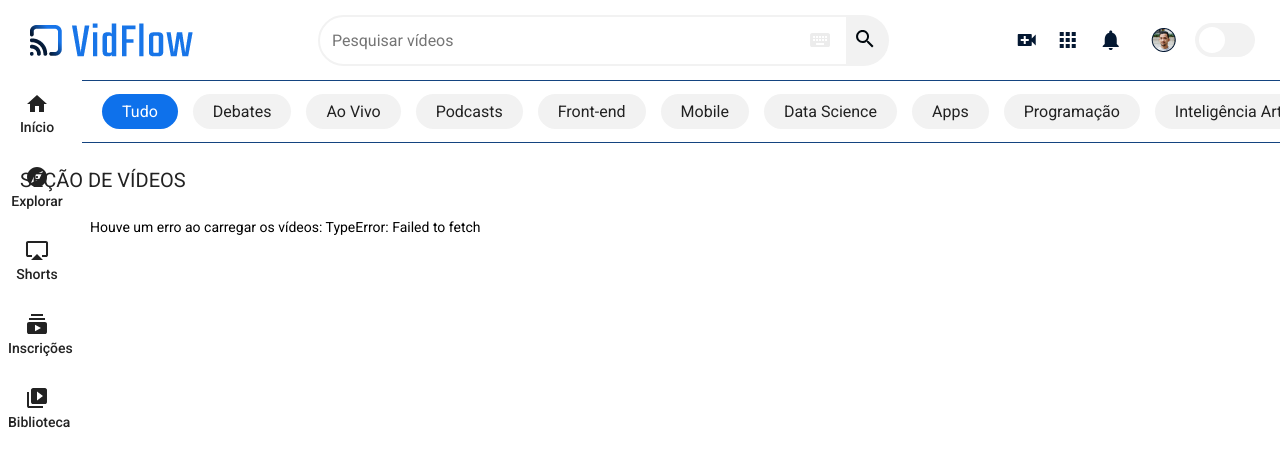
Repository: joaoPraiaJunior/curso-consumindo-api
Page: index.html
These files come from the project's save history. The page is drawn as it stood at one moment and after the next save; the edit follows.
The browser window is 1280 px wide. The pictures show the whole page.
The page's requests for data from a server got no answer.

Above is the page before, as saved 2024-08-20 22:12:08.

### index.html
<!DOCTYPE html>
<html lang="pt-br" dir="ltr">
<head>
    <meta charset="UTF-8">
    <meta name="viewport" content="width=device-width, initial-scale=1.0">
    <link href="https://fonts.googleapis.com/css2?family=Roboto:wght@400;500;700&display=swap" rel="stylesheet">
    <link rel="stylesheet" href="./css/reset.css">
    <link rel="stylesheet" href="./css/estilos.css">
    <link rel="stylesheet" href="./css/flexbox.css">
    <title>VidFlow</title>
    <link rel="shortcut icon" href="./img/Favicon.png" type="image/x-icon">
</head>
<body>
    <header>
        <nav class="cabecalho__container">
            <div class="logo__item">
                <a href="/"><img src="./img/modo_claro/vidflow-logo-light-mode.png" alt="Página do VidFlow"></a>
            </div>
            <div class="cabecalho__pesquisar__item">
                <form role="search" class="form__pesquisa" data-js="form-de-pesquisa">
                    <input type="search" name="pesquisar" class="pesquisar__input" placeholder="Pesquisar vídeos" data-js="barra-de-pesquisa">
                    <img src="./img/modo_claro/menu_superior/keyboard.svg" alt="Ícone de teclado" class="pesquisar__input-teclado">
                    <button class="pesquisar__btn">
                        <img src="./img/modo_claro/menu_superior/search.svg" alt="Ícone de lupa">
                    </button>
                </form>
            </div>
            <div class="secao-links-e-botao-switch">
                <ul aria-label="Links do cabeçalho" class="cabecalho__links">
                    <li><a href="#" class="cabecalho__videos" aria-label="Criar vídeos" title="Criar vídeos"></a></li>
                    <li><a href="#" class="cabecalho__apps" aria-label="Aplicativos"></a></li>
                    <li><a href="#" class="cabecalho__notificacoes" aria-label="Notificações"></a></li>
                    <li><a href="#" class="cabecalho__avatar" aria-label="Perfil de usuário"></a></li>
                </ul>

                <label class="cabecalho__switch">
                    <input type="checkbox" class="cabecalho__switch-input" data-js="modo-escuro" aria-label="Modo claro">
                    <span class="cabecalho__switch-slider"></span>
                </label>
            </div>
        </nav>
    </header>
    <!-- Menu lateral -->

    <div class="menu__container-wrapper">
        <aside class="menu__container">
            <section class="menu__secao" aria-label="Links principais">
                <ul class="menu__lista menu__links-principais">
                    <li>
                        <a class="menu__itens" href="#">
                            <i class="icone__inicio"></i>
                            <span>Início</span>
                        </a>
                    </li>

                    <li>
                        <a class="menu__itens" href="#">
                            <i class="icone__explorar"></i>
                            <span>Explorar</span>
                        </a>
                    </li>

                    <li>
                        <a class="menu__itens" href="#">
                            <i class="icone__shorts"></i>
                            <span>Shorts</span>
                        </a>
                    </li>

                    <li>
                        <a class="menu__itens" href="#">
                            <i class="icone__inscricoes"></i>
                            <span>Inscrições</span>
                        </a>
                    </li>

                    <li>
                        <a class="menu__itens" href="#">
                            <i class="icone__biblioteca"></i>
                            <span>Biblioteca</span>
                        </a>
                    </li>
                </ul>
            </section>

            <section class="menu__secao" aria-label="Links para vídeos guardados na conta">
                <ul class="menu__lista">
                    <li>
                        <a class="menu__itens" href="#">
                            <i class="icone__historico"></i>
                            <span>Histórico</span>
                        </a>
                    </li>

                    <li>
                        <a class="menu__itens" href="#">
                            <i class="icone__relogio"></i>
                            <span>Assistir mais tarde</span>
                        </a>
                    </li>

                    <li>
                        <a class="menu__itens" href="#">
                            <i class="icone__like"></i>
                            <span>Marcados com like</span>
                        </a>
                    </li>
                </ul>
            </section>

            <section class="menu__secao" aria-labelledby="inscricoes" data-js="secao-menu">
                <h2 id="inscricoes" class="menu__secao-titulo">Inscrições</h2>

                <ul id="menu__canais" class="menu__lista">
                    <li class="menu__canal">
                        <a class="menu__itens" href="#">
                            <i class="icone__alura"></i>
                            <span>Alura</span>
                        </a>
                    </li>

                    <li class="menu__canal">
                        <a class="menu__itens" href="#">
                            <i class="icone__gaveta"></i>
                            <span>Gaveta</span>
                        </a>
                    </li>

                    <li class="menu__canal">
                        <a class="menu__itens" href="#">
                            <i class="icone__ballerini"></i>
                            <span>Rafaella Ballerini</span>
                        </a>
                    </li>

                    <li class="menu__canal">
                        <a class="menu__itens" href="#">
                            <i class="icone__iamarino"></i>
                            <span>Atila Iamarino</span>
                        </a>
                    </li>

                    <li class="menu__canal">
                        <a class="menu__itens" href="#">
                            <i class="icone__souto"></i>
                            <span>Mario Souto</span>
                        </a>
                    </li>

                    <li class="menu__canal">
                        <a class="menu__itens" href="#">
                            <i class="icone__nerd"></i>
                            <span>Jovem Nerd</span>
                        </a>
                    </li>

                    <li class="menu__canal">
                        <a class="menu__itens" href="#">
                            <i class="icone__deschamps"></i>
                            <span>Felipe Deschamps</span>
                        </a>
                    </li>
                </ul>
            </section>

            <section class="menu__secao" aria-labelledby="mais-da-pagina" data-js="secao-menu">
                <h2 id="mais-da-pagina" class="menu__secao-titulo">
                    Mais da página
                </h2>

                <ul id="mais__paginas" class="menu__lista">
                    <li class="premium">
                        <a class="menu__itens" href="#">
                            <i class="icone__videos"></i>
                            <span>Vídeo Premium</span></a>
                    </li>

                    <li class="filmes">
                        <a class="menu__itens" href="#">
                            <i class="icone__filmes"></i>
                            <span>Filmes</span></a>
                    </li>

                    <li class="jogos">
                        <a class="menu__itens" href="#">
                            <i class="icone__jogos"></i>
                            <span>Jogos</span></a>
                    </li>

                </ul>
            </section>
        </aside>
    </div>
    <main>

        <!--Criacao de uma lista tab acessível-->
        <div role="tablist" class="superior__secao__container">
            <button id="botao__tudo" role="tab" tabindex="0" aria-selected="true"  aria-controls="painel__videos" name="Tudo" class="botao-categoria selecionado" data-js="botao-categoria">
                Tudo
            </button>

            <button id="botao__debates" role="tab" tabindex="-1" aria-selected="false" aria-controls="painel__videos" name="Debates" class="botao-categoria" data-js="botao-categoria">
                Debates
            </button>

            <button id="botao__ao__vivo" role="tab" tabindex="-1" aria-selected="false" aria-controls="painel__videos" name="Ao Vivo" class="botao-categoria" data-js="botao-categoria">
                Ao Vivo
            </button>

            <button id="botao__podcast" role="tab" tabindex="-1" aria-selected="false" aria-controls="painel__videos" name="Podcasts" class="botao-categoria" data-js="botao-categoria">
                Podcasts
            </button>

            <button id="botao__front__end" role="tab" tabindex="-1" aria-selected="false" aria-controls="painel__videos" name="Front-end" class="botao-categoria" data-js="botao-categoria">
                Front-end
            </button>

            <button id="botao__mobile" role="tab" tabindex="-1" aria-selected="false" aria-controls="painel__videos" name="Mobile" class="botao-categoria" data-js="botao-categoria">
                Mobile
            </button>

            <button id="botao__data__science" role="tab" tabindex="-1" aria-selected="false" aria-controls="painel__videos" name="Data Science" class="botao-categoria" data-js="botao-categoria">
                Data Science
            </button>

            <button id="botao__apps" role="tab" tabindex="-1" aria-selected="false" aria-controls="painel__videos" name="Apps" class="botao-categoria" data-js="botao-categoria">
                Apps
            </button>

            <button id="botao__programacao" role="tab" tabindex="-1" aria-selected="false" aria-controls="painel__videos" name="Programação" class="botao-categoria" data-js="botao-categoria">
                Programação
            </button>

            <button id="botao__inteligencia__artificial" role="tab" tabindex="-1" aria-selected="false" aria-controls="painel__videos" name="Inteligência Artificial" class="botao-categoria" data-js="botao-categoria">
                Inteligência Artificial
            </button>
            <button id="botao__inovacao" role="tab" tabindex="-1" aria-selected="false" aria-controls="painel__videos" name="Inovação" class="botao-categoria" data-js="botao-categoria">
                Inovação
            </button>
        </div>
        <h1 class="videos__titulo"> Seção de vídeos </h1>

        <div id="painel__videos" role="tabpanel">
            <ul class="videos__container" aria-labelledby="botao__tudo" data-js="container-videos">

            </ul>
        </div>
    </main>
    <script type="module" src="js/script.js"></script>
</body>
</html>

### css/estilos.css
*,
*::before,
*::after {
  box-sizing: border-box;
  transition: background-color 0.2s linear;
}

:root {
  --azul-profundo: #01080e;
  --azul-escuro: #041832;
  --azul-medio: #144480;
  --azul-destaque-light: #0e71eb;
  --azul-destaque-dark: #1a76d8;
  --cinza-escuro: #222222;
  --cinza-medio: #c5c5c5;
  --cinza-claro: #f2f2f2;
  --branco: #ffffff;

  /* Variáveis semânticas */
  --bg-cor-principal: var(--branco);
  --bg-cor-secundaria: var(--cinza-claro);
  --fonte-cor-principal: var(--cinza-escuro);
}

:root.modo-escuro {
  --bg-cor-principal: var(--azul-profundo);
  --bg-cor-secundaria: var(--cinza-medio);
  --fonte-cor-principal: var(--cinza-medio);
}

body {
  font-family: Roboto, Arial, Helvetica, sans-serif;
  background-color: var(--bg-cor-principal);
  position: relative;
  width: 100%;
  height: 100vh;
  overflow: auto;
  font-size: 14px;
  color: var(--fonte-cor-principal);
  box-sizing: border-box;
  text-align: center;
}

::-webkit-scrollbar {
  width: 0;
  height: 0;
}

input[type="search"]::-webkit-search-decoration,
input[type="search"]::-webkit-search-cancel-button,
input[type="search"]::-webkit-search-results-button,
input[type="search"]::-webkit-search-results-decoration {
  display: none;
}

/* CABEÇALHO */

.cabecalho__container {
  background-color: var(--bg-cor-principal);
  height: 80px;
  width: 100%;
  padding: 0 25px;
}

.logo__item {
  padding: 15px 0px;
}

.pesquisar__input {
  position: relative;
  padding: 14px 12px;
  background-color: var(--bg-cor-principal);
  border: 2px solid var(--bg-cor-secundaria);
  border-radius: 32px 0px 0px 32px;
  font-size: 16px;
}

.pesquisar__input-teclado {
  position: absolute;
  right: 58px;
  top: 37%;
}

.pesquisar__btn {
  background-color: var(--bg-cor-secundaria);
  border: 0px;
  border-radius: 0px 32px 32px 0px;
  padding: 8px;
  padding-right: 15px;
  border-left: none;
  cursor: pointer;
}

.cabecalho__links {
  display: flex;
  align-items: center;
}

.cabecalho__videos {
  background-image: url("../img/modo_claro/menu_superior/video_call.svg");
  background-repeat: no-repeat;
  background-position: center;
  padding: 20px;
}

:root.modo-escuro .cabecalho__videos {
  background-image: url("../img/modo_escuro/menu_superior/video_call.svg");
}

.cabecalho__apps {
  background-image: url("../img/modo_claro/menu_superior/apps.svg");
  background-repeat: no-repeat;
  background-position: center;
  padding: 13px 30px 13px 13px;
}

:root.modo-escuro .cabecalho__apps {
  background-image: url("../img/modo_escuro/menu_superior/apps.svg");
}

.cabecalho__notificacoes {
  background-image: url("../img/modo_claro/menu_superior/notifications.svg");
  background-repeat: no-repeat;
  background-position: center;
  padding: 13px 30px 13px 13px;
}

:root.modo-escuro .cabecalho__notificacoes {
  background-image: url("../img/modo_escuro/menu_superior/notifications.svg");
}

.cabecalho__avatar {
  background-image: url("../img/modo_claro/menu_superior/Avatar.png");
  background-repeat: no-repeat;
  background-position: center;
  padding: 13px 30px 13px 33px;
}

:root.modo-escuro .cabecalho__avatar {
  background-image: url("../img/modo_escuro/menu_superior/Avatar.png");
}

.cabecalho__switch {
  position: relative;
  display: inline-block;
  padding: 13px 30px 13px 13px;
  width: 60px;
  height: 34px;
}

.cabecalho__switch-input {
  opacity: 0;
  width: 0;
  height: 0;
}

.cabecalho__switch-slider {
  position: absolute;
  cursor: pointer;
  top: 0;
  left: 0;
  right: 0;
  bottom: 0;
  background-color: var(--cinza-claro);
  transition: 0.4s;
  border-radius: 34px;
}

.cabecalho__switch-slider::before {
  position: absolute;
  content: "";
  height: 26px;
  width: 26px;
  left: 4px;
  bottom: 4px;
  background-color: var(--branco);
  transition: 0.4s;
  border-radius: 50%;
}

.cabecalho__switch-input:checked + .cabecalho__switch-slider {
  background-color: var(--azul-destaque-dark);
}

.cabecalho__switch-input:checked + .cabecalho__switch-slider::before {
  -webkit-transform: translateX(26px);
  -ms-transform: translateX(26px);
  transform: translateX(26px);
  background-color: var(--cinza-claro);
}

.cabecalho__switch-input:focus+.cabecalho__switch-slider {
  outline: auto 1px;
}

/* MENU LATERAL */

.menu__container {
  font-size: 14px;
  background-color: var(--bg-cor-principal);
}

.menu__container::-webkit-scrollbar {
  width: 16px;
  background: transparent;
}

.menu__container::-webkit-scrollbar-track {
  background: transparent;
}

.menu__container-wrapper:hover .menu__container::-webkit-scrollbar-thumb {
  background: var(--cinza-medio);
  border-radius: 8px;
  border: 4px solid transparent;
  background-clip: content-box;
}

.icone__inicio::before {
  content: url("../img/modo_claro/menu_lateral/home.svg");
}

:root.modo-escuro .icone__inicio::before {
  content: url("../img/modo_escuro/menu_lateral/home.svg");
}

.icone__explorar::before {
  content: url("../img/modo_claro/menu_lateral/explore.svg");
}

:root.modo-escuro .icone__explorar::before {
  content: url("../img/modo_escuro/menu_lateral/explore.svg");
}

.icone__shorts::before {
  content: url("../img/modo_claro/menu_lateral/airplay.svg");
}

:root.modo-escuro .icone__shorts::before {
  content: url("../img/modo_escuro/menu_lateral/airplay.svg");
}

.icone__inscricoes::before {
  content: url("../img/modo_claro/menu_lateral/subscriptions.svg");
}

:root.modo-escuro .icone__inscricoes::before {
  content: url("../img/modo_escuro/menu_lateral/subscriptions.svg");
}

.icone__biblioteca::before {
  content: url("../img/modo_claro/menu_lateral/video_library.svg");
}

:root.modo-escuro .icone__biblioteca::before {
  content: url("../img/modo_escuro/menu_lateral/video_library.svg");
}

.icone__historico::before {
  content: url("../img/modo_claro/menu_lateral/history.svg");
}

:root.modo-escuro .icone__historico::before {
  content: url("../img/modo_escuro/menu_lateral/history.svg");
}

.icone__relogio::before {
  content: url("../img/modo_claro/menu_lateral/history_toggle_off.svg");
}

:root.modo-escuro .icone__relogio::before {
  content: url("../img/modo_escuro/menu_lateral/history_toggle_off.svg");
}

.icone__like::before {
  content: url("../img/modo_claro/menu_lateral/thumb_up_alt.svg");
}

:root.modo-escuro .icone__like::before {
  content: url("../img/modo_escuro/menu_lateral/thumb_up_alt.svg");
}

.icone__alura::before {
  content: url("../img/modo_claro/menu_lateral/Avatar_Alura.png");
}

.icone__gaveta::before {
  content: url("../img/modo_claro/menu_lateral/Avatar_Gaveta.png");
}

.icone__ballerini::before {
  content: url("../img/modo_claro/menu_lateral/Avatar_Rafa.png");
}

.icone__iamarino::before {
  content: url("../img/modo_claro/menu_lateral/Avatar_Atila.png");
}

.icone__souto::before {
  content: url("../img/modo_claro/menu_lateral/Avatar_Souto.png");
}

.icone__nerd::before {
  content: url("../img/modo_claro/menu_lateral/Avatar_Jovem_Nerd.png");
}

.icone__deschamps::before {
  content: url("../img/modo_claro/menu_lateral/Avatar_Deschamps.png");
}

.icone__mostrar::before {
  content: url("../img/modo_claro/menu_lateral/keyboard_arrow_down.svg");
}

:root.modo-escuro .icone__mostrar::before {
  content: url("../img/modo_escuro/menu_lateral/keyboard_arrow_down.svg");
}

.icone__mostrar-rotacionado {
  transform: rotateX(0.5turn);
}

.icone__videos::before {
  content: url("../img/modo_claro/menu_lateral/ondemand_video.svg");
}

:root.modo-escuro .icone__videos::before {
  content: url("../img/modo_escuro/menu_lateral/ondemand_video.svg");
}

.icone__filmes::before {
  content: url("../img/modo_claro/menu_lateral/movie.svg");
}

:root.modo-escuro .icone__filmes::before {
  content: url("../img/modo_escuro/menu_lateral/movie.svg");
}

.icone__jogos::before {
  content: url("../img/modo_claro/menu_lateral/sports_esports.svg");
}

:root.modo-escuro .icone__jogos::before {
  content: url("../img/modo_escuro/menu_lateral/sports_esports.svg");
}

/* SECAO SUPERIOR */

.superior__secao__container {
  height: 63px;
  color: var(--branco);
  font-size: 16px;
  background-color: var(--bg-cor-principal);
  padding: 0 20px;
  position: fixed;
  top: 80px;
  right: 0;
  left: 0;
  overflow-x: scroll;
  z-index: 1;
}

/* .superior__itens {
    position: relative;
} */

.botao-categoria {
  display: inline-block;
  font-size: 16px;
  color: var(--fonte-cor-principal);
  background-color: var(--cinza-claro);
  border-radius: 20px;
  padding: 8px 20px;
  cursor: pointer;
}

.botao-categoria:hover {
  background-color: var(--cinza-medio);
  color: var(--cinza-escuro);
  transition: 0.5s;
}

.botao-categoria[aria-selected="true"] {
  background: var(--azul-destaque-light);
  color: var(--branco);
}

:root.modo-escuro .botao-categoria {
  background-color: var(--azul-escuro);
  color: var(--cinza-medio);
}

:root.modo-escuro .botao-categoria:hover {
  background-color: var(--cinza-medio);
  color: var(--cinza-escuro);
}

:root.modo-escuro .botao-categoria[aria-selected="true"] {
  background-color: var(--azul-destaque-dark);
  color: var(--branco);
}

/* SEÇÃO VÍDEOS */

.videos__titulo {
  color: var(--fonte-cor-principal);
  font-size: 20px;
  position: relative;
  text-align: left;
  text-transform: uppercase;
  padding: 170px 0 0 20px;
}

.videos__container {
  color: black;
  padding: 30px 20px 10px 20px;
}

iframe {
  border-radius: 10px;
  width: 100%;
  height: 62%;
}

.descricao-video .link-img-canal {
  border-radius: 100%;
  width: 40px;
  height: 40px;
}

.descricao-video .titulo-video {
  font-weight: 700;
  font-size: 16px;
  color: var(--fonte-cor-principal);
}

.descricao-video .titulo-canal {
  font-size: 14px;
  color: var(--fonte-cor-principal);
}

.descricao-video .categoria {
  font-size: 14px;
  color: var(--fonte-cor-principal);
}

@media (min-width: 834px) {
  body {
    height: 100vh;
  }

  /* ESTILOS DO MENU LATERAL */

  .menu__container {
    font-size: 16px;
  }

  .menu__secao-titulo {
    display: block;
    padding: 24px 16px 0;
    text-align: start;
    font-weight: 500;
    text-transform: uppercase;
  }

  .menu__lista {
    padding: 16px 8px;
  }

  .menu__lista li {
    width: 100%;
  }

  .menu__lista .menu__itens {
    font-size: 14px;
  }

  .menu__links-principais .menu__itens {
    font-weight: 500;
  }

  .icone__mostrar {
    transition: transform .5s;
  }

  .menu__botao-expandir-canais[aria-expanded="true"] .icone__mostrar {
    transform: rotate(180deg);
  }

  /* ESTILOS DA SECAO SUPERIOR */

  .superior__secao__container {
    border-top: var(--azul-medio) 1px solid;
    border-bottom: var(--azul-medio) 1px solid;
    width: auto;
    left: 82px;
  }

  /*ESTILOS SEÇÃO VÍDEOS */

  .videoa__titulo {
    padding-left: 90px;
  }

  .videos__container {
    padding-left: 90px;
    padding-right: 17px;
  }
}

@media (min-width: 1440px) {
  /* SEÇÃO SUPERIOR */

  .superior__secao__container {
    left: 247px;
  }

  /* ESTILOS DO MENU LATERAL */

  .menu__secao {
    border-bottom: 1.5px solid var(--azul-medio);
  }

  /* ESTILOS VIDEOS */

  .videos__container {
    padding-right: 10px;
    padding-left: 248px;
  }
}

### css/flexbox.css
/* CABEÇALHO */

.cabecalho__container {
  display: flex;
  justify-content: space-between;
  align-items: center;
  position: fixed;
  top: 0;
  z-index: 1;
}

.cabecalho__pesquisar__item {
  display: none;
}

.form__pesquisa {
  position: relative;
  flex: 1;
  display: flex;
  justify-content: center;
}

.secao-links-e-botao-switch {
  display: flex;
}

/* MENU */

.menu__container {
  position: fixed;
  bottom: 0%;
  height: 74px;
  width: 100%;
}

.menu__secao {
  height: 100%;
}

.menu__secao:nth-child(2),
.menu__secao:nth-child(3),
.menu__secao:nth-child(4) {
  display: none;
}

.menu__lista {
  display: flex;
  justify-content: space-around;
  height: 100%;
}

.menu__lista li {
  align-self: center;
}

.menu__itens {
  display: flex;
  flex-direction: column;
  gap: 5px;
}

/* SEÇÃO SUPERIOR */

.superior__secao__container {
  display: flex;
  align-items: center;
  white-space: nowrap;
  gap: 15px;
}


/* VIDEO */

.videos__container {
  display: flex;
  flex-wrap: wrap;
  gap: 10px;
}

.videos__item {
  display: block;
  height: 303px;
  width: 280px;
  flex-grow: 1;
}

.videos__item.escondido {
  display: none;
}

.descricao-video {
  margin-top: 1rem;
  display: grid;
  text-align: start;
  column-gap: 1rem;
  row-gap: 10px;
  grid-template-columns: auto 1fr;
}

.descricao-video .link-img-canal {
  grid-area: 1 / 1 / 3 / 2;
}

.descricao-video .img-canal {
  grid-area: 1 / 1 / 3 / 2;
}

.descricao-video .categoria {
    grid-area: 3 / 2 / 4 / 3;
}

@media (min-width: 834px) {
  /* MENU LATERAL*/

  .menu__container {
    left: 0;
    height: auto;
    width: 74px;
    top: 80px;
  }

  .menu__lista {
    flex-direction: column;
    justify-content: flex-start;
    padding-top: 15px;
    gap: 33px;
  }
}

@media (min-width: 1156px) {
  /* CABEÇALHO */

  .cabecalho__pesquisar__item {
    display: block;
  }

  .pesquisar__input {
    width: 530px;
  }
}

@media (min-width: 1440px) {
  /* MENU */

  .menu__container {
    width: 239px;
    overflow: scroll;
  }

  .menu__secao {
    height: auto;
  }

  .menu__secao:nth-child(2),
  .menu__secao:nth-child(3),
  .menu__secao:nth-child(4) {
    display: block;
  }

  .menu__lista {
    height: auto;
    padding: 20px 17px 20px 15px;
    gap: 15px;
  }

  .menu__itens {
    flex-direction: row;
    gap: 15px;
    align-items: center;
  }

  .menu__lista li.escondido {
    display: none;
  }

  .menu__botao-expandir-canais {
    padding: 0 16px 24px;
    cursor: pointer;
  }
}

### js/script.js
import expandirMenu from "./expandirMenu.js";
import filtrarVideos from "./filtrarVideos.js";
import filtrarVideosPorBotoes from "./filtrarVideosPorBotoes.js";
import temaEscuro from "./temaEscuro.js";
import videos from "./videos.js";


videos();
filtrarVideos();
filtrarVideosPorBotoes();
temaEscuro();
expandirMenu();

### js/filtrarVideos.js
function filtrarVideos() {

    const elementos = {
        formDePesquisa: '[data-js="form-de-pesquisa"]',
        barraDePesquisa: '[data-js="barra-de-pesquisa"]',
        videos: '[data-js="videos"]',
        tituloDoVideo: '[data-js="titulo-video"]',
    }

    const formDePesquisa = document.querySelector(elementos.formDePesquisa);
    const barraDePesquisa = document.querySelector(elementos.barraDePesquisa);


    function filtrarPesquisa() {
        const videos = document.querySelectorAll(elementos.videos);
        const valorDoFiltro = barraDePesquisa.value.toLowerCase();
        videos.forEach((video) => {
            const titulo = video.querySelector(elementos.tituloDoVideo).textContent.toLowerCase();
            video.style.display = valorDoFiltro ? titulo.includes(valorDoFiltro) ? "block" : "none" : "block";
        });
    }

    function focarVideoFiltrado(evento) {
        evento.preventDefault();
        const primeiroVideoFiltrado = document.querySelector(`${elementos.videos}:not([style="display: none;"]) > iframe`);
        primeiroVideoFiltrado?.focus();

    }

    barraDePesquisa.addEventListener('input', filtrarPesquisa);
    formDePesquisa.addEventListener('submit', focarVideoFiltrado);

}

export default filtrarVideos;

Loaded but not shown: css/reset.css (common file); js/filtrarVideosPorBotoes.js (74 lines, source omitted); js/expandirMenu.js (69 lines, source omitted); js/videos.js (70 lines, source omitted); js/temaEscuro.js (42 lines, source omitted)

After the next save:
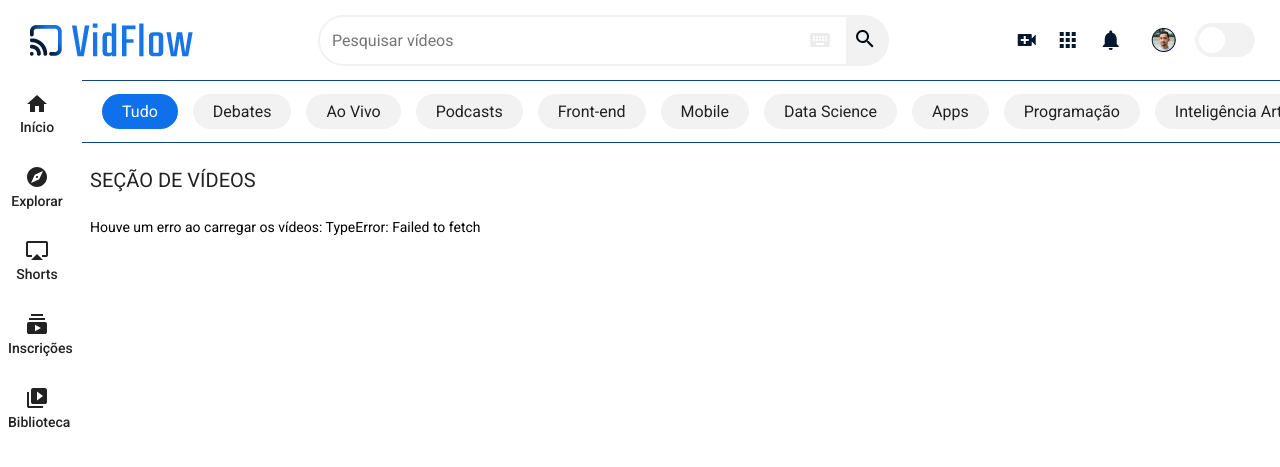
Saved 78 s later.
--- a/css/estilos.css
+++ b/css/estilos.css
@@ -498,7 +498,7 @@ iframe {
 
   /*ESTILOS SEÇÃO VÍDEOS */
 
-  .videoa__titulo {
+  .videos__titulo {
     padding-left: 90px;
   }
 
